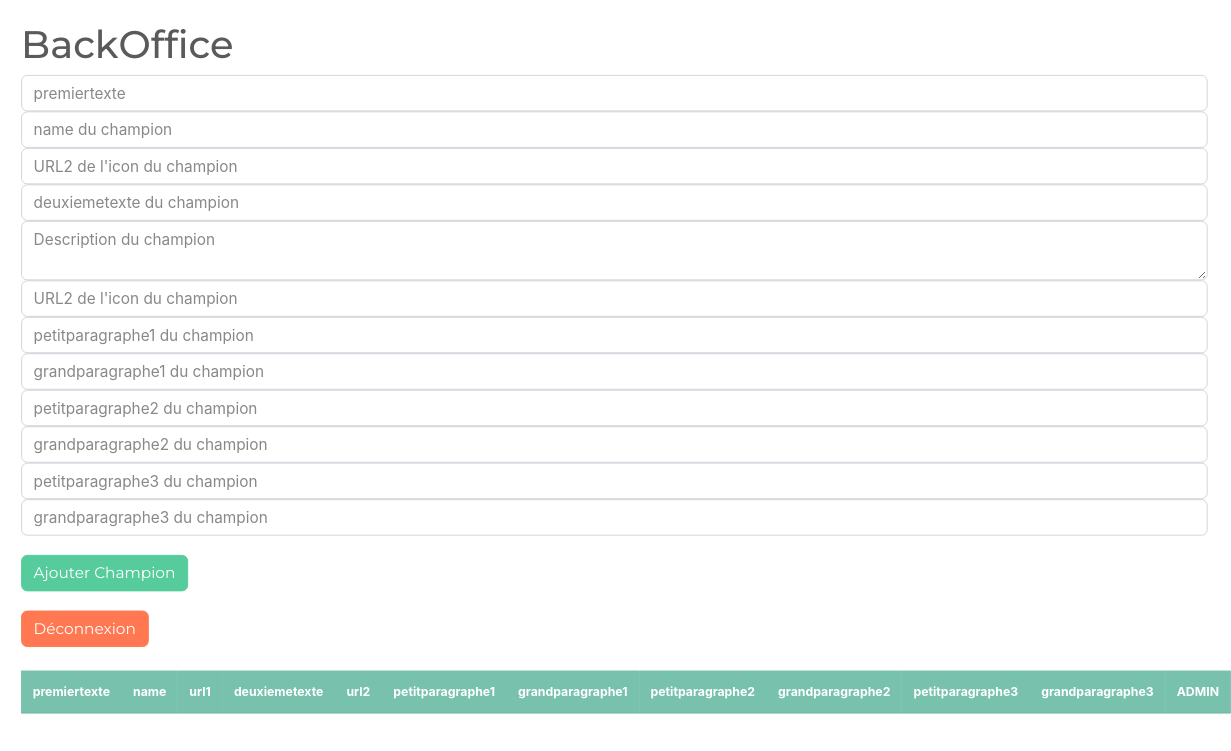
Repository: AdilGHAZAL/MosaiqueWebdoc
Page: /backoffice
These files come from the project's save history. The page is drawn as it stood at one moment and after the next save; the edit follows.
The browser window is 1280 px wide. The page is 1282 px wide, so the pictures cover 1282 px, including what lies to the right of the window. The pictures show the whole page, at 96% of full size.
The page's requests for data from a server got no answer. Some web fonts or font styles are not loaded; a fallback is used. Some web libraries are served in a nearby version. The project was rebuilt for these pictures with package versions that can differ from the ones it lists, and the page was loaded fresh each time. No one was signed in, and anything a server would have sent is missing. Also part of the build but not shown: vite.config.js, src/App.css, src/components/Navbar.css, src/components/Navbar.jsx, src/components/Athletes.css, src/components/Athletes.jsx, src/components/Athletes2.jsx, src/components/Athletes3.jsx and 18 more.

Above is the page before, as saved 2024-05-02 19:04:08.

### index.html
<!doctype html>
<html lang="en">
  <head>
    <meta charset="UTF-8" />
    <link rel="icon" type="image/svg+xml" href="./src/logos/logoMosaique.svg" />
    <meta name="viewport" content="width=device-width, initial-scale=1.0" />
    <title>Mosaique</title>
    <link rel="preconnect" href="https://fonts.googleapis.com">
<link rel="preconnect" href="https://fonts.gstatic.com" crossorigin>
<link href="https://fonts.googleapis.com/css2?family=Mina:wght@400;700&display=swap" rel="stylesheet">
<link rel="stylesheet" href="https://cdn.jsdelivr.net/npm/bootswatch@4.5.2/dist/minty/bootstrap.min.css">
  </head>
  <body>
    <div id="root"></div>
    <script type="module" src="/src/main.jsx"></script>
  </body>
</html>

### src/App.jsx
// App.jsx
import React from 'react';
import { BrowserRouter as Router, Routes, Route} from 'react-router-dom';
import './App.css'; // Import the CSS file
import HomePage from './components/HomePage';
import Athlete1 from './Athelete1/Athlete1'; // Import the NouvellePage component
import LoginScreen from './LoginScreen';
import MainView from './backoffice';
import TrainingPage from './TrainingPage';
const App = () => {
    return (
        <Router>

                <Routes>
                    <Route path="/" element={<HomePage/>} />
                    <Route path="/Athlete1" element={<Athlete1/>} />
                    <Route path="/login" element={<LoginScreen/>  }/>
                    <Route path='/backoffice'element={<MainView/>}/>
                </Routes>

        </Router>
    );
};

export default App;

### src/index.css
:root {
  --rose: #E9257F

}

### src/backoffice.jsx
import React, { useState, useEffect } from 'react';
import { getFirestore, collection, addDoc, getDocs, deleteDoc, doc, updateDoc } from "firebase/firestore";
import { getAuth, signOut } from "firebase/auth";
import "./firebaseConfig"

export default function MainView() {
  const [champions, setChampions] = useState([]);
  const [championData, setChampionData] = useState({
    premiertexte: '',
    name: '',
    url1: '',
    deuxiemetexte: '',
    url2: '',
    petitparagraphe1: '',
    grandparagraphe1: '',
    petitparagraphe2: '',
    grandparagraphe2: '',
    petitparagraphe3: '',
    grandparagraphe3: '',
  });
  const [editingChampionId, setEditingChampionId] = useState(null);
  const auth = getAuth();
  const firestore = getFirestore();

  useEffect(() => {
    const fetchChampions = async () => {
      const championsSnapshot = await getDocs(collection(firestore, "champions"));
      const championsData = championsSnapshot.docs.map(doc => ({ id: doc.id, ...doc.data() }));
      setChampions(championsData);
    };

    fetchChampions();
  }, [firestore]);

  const handleInputChange = (e) => {
    const { name, value } = e.target;
    setChampionData({ ...championData, [name]: value });
  };

  const handleAddChampion = async (e) => {
    e.preventDefault();
    try {
      await addDoc(collection(firestore, "champions"), championData);
      console.log("Champion ajouté avec succès");
      // Réinitialiser les données du champion après l'ajout réussi
      setChampionData({
        premiertexte: '',
    name: '',
    url1: '',
    deuxiemetexte: '',
    url2: '',
    petitparagraphe1: '',
    grandparagraphe1: '',
    petitparagraphe2: '',
    grandparagraphe2: '',
    petitparagraphe3: '',
    grandparagraphe3: '',
      });
    } catch (error) {
      console.error("Erreur lors de l'ajout du champion :", error);
    }
  };


  const handleEditChampion = (champion) => {
    setEditingChampionId(champion.id);
    setChampionData({
        premiertexte: champion.premiertexte,
    name: champion.name,
    url1: champion.url1,
    deuxiemetexte: champion.deuxiemetexte,
    url2: champion.url2,
    petitparagraphe1: champion.petitparagraphe1,
    grandparagraphe1: champion.grandparagraphe1,
    petitparagraphe2: champion.petitparagraphe2,
    grandparagraphe2: champion.grandparagraphe2,
    petitparagraphe3: champion.petitparagraphe3,
    grandparagraphe3: champion.grandparagraphe3,
    });
  };

  const handleUpdateChampion = async () => {
    try {
      await updateDoc(doc(firestore, "champions", editingChampionId), {
        premiertexte: championData.premiertexte,
    name: championData.name,
    url1: championData.url1,
    deuxiemetexte: championData.deuxiemetexte,
    url2: championData.url2,
    petitparagraphe1: championData.petitparagraphe1,
    grandparagraphe1: championData.grandparagraphe1,
    petitparagraphe2: championData.petitparagraphe2,
    grandparagraphe2: championData.grandparagraphe2,
    petitparagraphe3: championData.petitparagraphe3,
    grandparagraphe3: championData.grandparagraphe3,
      });
      console.log("Champion mis à jour avec succès");
      // Mettre à jour le tableau des champions après la mise à jour
      const updatedChampions = champions.map(champion => {
        if (champion.id === editingChampionId) {
          return {
            ...champion,
            premiertexte: championData.premiertexte,
    name: championData.name,
    url1: championData.url1,
    deuxiemetexte: championData.deuxiemetexte,
    url2: championData.url2,
    petitparagraphe1: championData.petitparagraphe1,
    grandparagraphe1: championData.grandparagraphe1,
    petitparagraphe2: championData.petitparagraphe2,
    grandparagraphe2: championData.grandparagraphe2,
    petitparagraphe3: championData.petitparagraphe3,
    grandparagraphe3: championData.grandparagraphe3,
          };
        }
        return champion;
      });
      setChampions(updatedChampions);
      // Réinitialiser les données du champion après la mise à jour réussie
      setChampionData({
        premiertexte: '',
    name: '',
    url1: '',
    deuxiemetexte: '',
    url2: '',
    petitparagraphe1: '',
    grandparagraphe1: '',
    petitparagraphe2: '',
    grandparagraphe2: '',
    petitparagraphe3: '',
    grandparagraphe3: '',
      });
      setEditingChampionId(null);
    } catch (error) {
      console.error("Erreur lors de la mise à jour du champion :", error);
    }
  };

  const handleDeleteChampion = async (id) => {
    try {
      await deleteDoc(doc(firestore, "champions", id));
      console.log("Champion supprimé avec succès");
      // Mettre à jour la liste des champions après la suppression
      setChampions(champions.filter(champion => champion.id !== id));
    } catch (error) {
      console.error("Erreur lors de la suppression du champion :", error);
    }
  };

  const handleSignOut = () => {
    signOut(auth)
      .then(() => {
        console.log("Déconnexion réussie");
        // Naviguer vers la pweight de connexion après la déconnexion
      })
      .catch((error) => {
        console.error("Erreur lors de la déconnexion :", error);
      });
  };

  return (
    <>
    <div style={{width:'100vw', padding:"22px"}}>
      <h1>BackOffice</h1>
      <form style={{marginBottom:"20px"}} onSubmit={editingChampionId ? handleUpdateChampion : handleAddChampion}>
        <input className='form-control' type="text" name="premiertexte" value={championData.premiertexte} onChange={handleInputChange} placeholder="premiertexte" required />
        <input className='form-control' type="text" name="name" value={championData.name} onChange={handleInputChange} placeholder="name du champion" required />
        <input className='form-control' type="url" name="url1" value={championData.url1} onChange={handleInputChange} placeholder="URL2 de l'icon du champion" required />
        <input className='form-control' type="text" name="deuxiemetexte" value={championData.deuxiemetexte} onChange={handleInputChange} placeholder="deuxiemetexte du champion" required />
        <textarea className='form-control' name="description" value={championData.description} onChange={handleInputChange} placeholder="Description du champion" required />
        <input className='form-control' type="url" name="url2" value={championData.url2} onChange={handleInputChange} placeholder="URL2 de l'icon du champion" />
        <input className='form-control' type="text" name="petitparagraphe1" value={championData.petitparagraphe1} onChange={handleInputChange} placeholder="petitparagraphe1 du champion" required />
        <input className='form-control' type="text" name="grandparagraphe1" value={championData.grandparagraphe1} onChange={handleInputChange} placeholder="grandparagraphe1 du champion" required />
        <input className='form-control' type="text" name="petitparagraphe2" value={championData.petitparagraphe2} onChange={handleInputChange} placeholder="petitparagraphe2 du champion" required />
        <input className='form-control' type="text" name="grandparagraphe2" value={championData.grandparagraphe2} onChange={handleInputChange} placeholder="grandparagraphe2 du champion" required />
        <input className='form-control' type="text" name="petitparagraphe3" value={championData.petitparagraphe3} onChange={handleInputChange} placeholder="petitparagraphe3 du champion" required />
        <input style={{marginBottom:"20px"}} className='form-control' type="text" name="grandparagraphe3" value={championData.grandparagraphe3} onChange={handleInputChange} placeholder="grandparagraphe3 du champion" required />
        <button className='btn btn-success' type="submit">{editingChampionId ? "Mettre à jour Champion" : "Ajouter Champion"}</button>
      </form>
      <button className='btn btn-danger' title='Déconnexion' onClick={handleSignOut}>Déconnexion</button>

      <table className='table table-hover mt-4' style={{fontSize:'0.8rem'}}>
        <thead>
          <tr className='table-primary'>
          <th scope='col'>premiertexte</th>
            <th scope='col'>name</th>
            <th scope='col'>url1</th>
            <th scope='col'>deuxiemetexte</th>
            <th scope='col'>url2</th>
            <th scope='col'>petitparagraphe1</th>
            <th scope='col'>grandparagraphe1</th>
            <th scope='col'>petitparagraphe2</th>
            <th scope='col'>grandparagraphe2</th>
            <th scope='col'>petitparagraphe3</th>
            <th scope='col'>grandparagraphe3</th>
            <th>ADMIN</th>
          </tr>
        </thead>
        <tbody>
          {champions.map((champion) => (
            <tr key={champion.id}>
              <td>{champion.premiertexte}</td>
              <td>{champion.name}</td>
              <td>{champion.url1}</td>
              <td>{champion.deuxiemetexte}</td>
              <td>{champion.url2}</td>
              <td>{champion.petitparagraphe1}</td>
              <td>{champion.grandparagraphe1}</td>
              <td>{champion.petitparagraphe2}</td>
              <td>{champion.grandparagraphe2}</td>
              <td>{champion.petitparagraphe3}</td>
              <td>{champion.grandparagraphe3}</td>
              <td>
                <button className='btn btn-danger' onClick={() => handleDeleteChampion(champion.id)}>Supprimer</button>
                <button className='btn btn-warning' onClick={() => handleEditChampion(champion)}>Modifier</button>
              </td>
            </tr>
          ))}
        </tbody>
      </table>
      </div>
    </>
  );
}

### src/components/HomePage.css
/* App.css */
body {
    margin: 0;
    background-color: #ffffff;
    color: #000000;
    display: flex;
    flex-direction: column;
    align-items: center;
    justify-content: center;
    min-height: 100vh;

  }

  .app-container {
      font-family: "SF Pro Display-Medium", Helvetica;
    width: 100vw;
    height: 100%;
    min-height: 100vh;
    /*  background-image: url('./assets/ub1.png');*/
    display: flex;
    flex-direction: column;
    margin: auto;
    background-color: #ffffff;
  }

  .main-title {
    font-family: 'SF Pro Display', sans-serif;
    font-size: 70px;
    font-weight: 500;
    line-height: 83.54px;
    text-align: center;
    margin-top: 100px;
  }

  .bold-text {
    font-weight: 700;
  }

  .content {
    padding: 20px;
    width: 100%;
    max-width: 1200px;
    margin: auto;

  }

  .UBimage {
    width: auto;
  }

  .bottom-text {
    font-size: 18px;
    text-align: center;
    margin-top: 30px;
  }
  .scroll-reveal > * {
    /* text-align: justify; */
    display: inline;
    color:hsl(0deg 22.14% 64.8% / 20%);
    font-size: 60px;
    font-weight: 500;
    background-clip: text;
    background-repeat: no-repeat;
    background-size: 0% 100%;
    background-image: linear-gradient( #E9257F, #ce1f71 );
    animation: scroll-reveal linear forwards;
    animation-timeline: view();
  }

  .scroll-text {

    text-align: justify;
  }
  @keyframes scroll-reveal {
    to {
      background-size: 100% 100%;
    }
  }
  .scroll-reveal p {
    /* font-family: SF Pro Display; */


  }

  .scrollPhotos {
    display: flex;
    justify-content: flex-start; /* Align photos to the maximum left */
    width: 100%;
    overflow-x: auto; /* Enable horizontal scrolling if photos exceed container width */
    padding: 20px 0; /* Optional padding */
  }

### src/firebaseConfig.jsx
// Import the functions you need from the SDKs you need
import { initializeApp } from "firebase/app";
import { getAuth } from "firebase/auth";
import { getFirestore } from "firebase/firestore";
// TODO: Add SDKs for Firebase products that you want to use
// https://firebase.google.com/docs/web/setup#available-libraries

// Your web app's Firebase configuration
const firebaseConfig = {
  apiKey: "AIzaSyAUMnE3uMe61y8NbS4tX2Nn4PoW8VoGS0U",
  authDomain: "webdoc-a4a03.firebaseapp.com",
  projectId: "webdoc-a4a03",
  storageBucket: "webdoc-a4a03.appspot.com",
  messagingSenderId: "931293814028",
  appId: "1:931293814028:web:5bc01cfec675ae5bf27d29"
};

// Initialize Firebase
export const FIREBASE_APP = initializeApp(firebaseConfig);
export const FIREBASE_AUTH=getAuth(FIREBASE_APP)
export const db=getFirestore(FIREBASE_APP)

Loaded but not shown: src/main.jsx (common file)

After the next save:
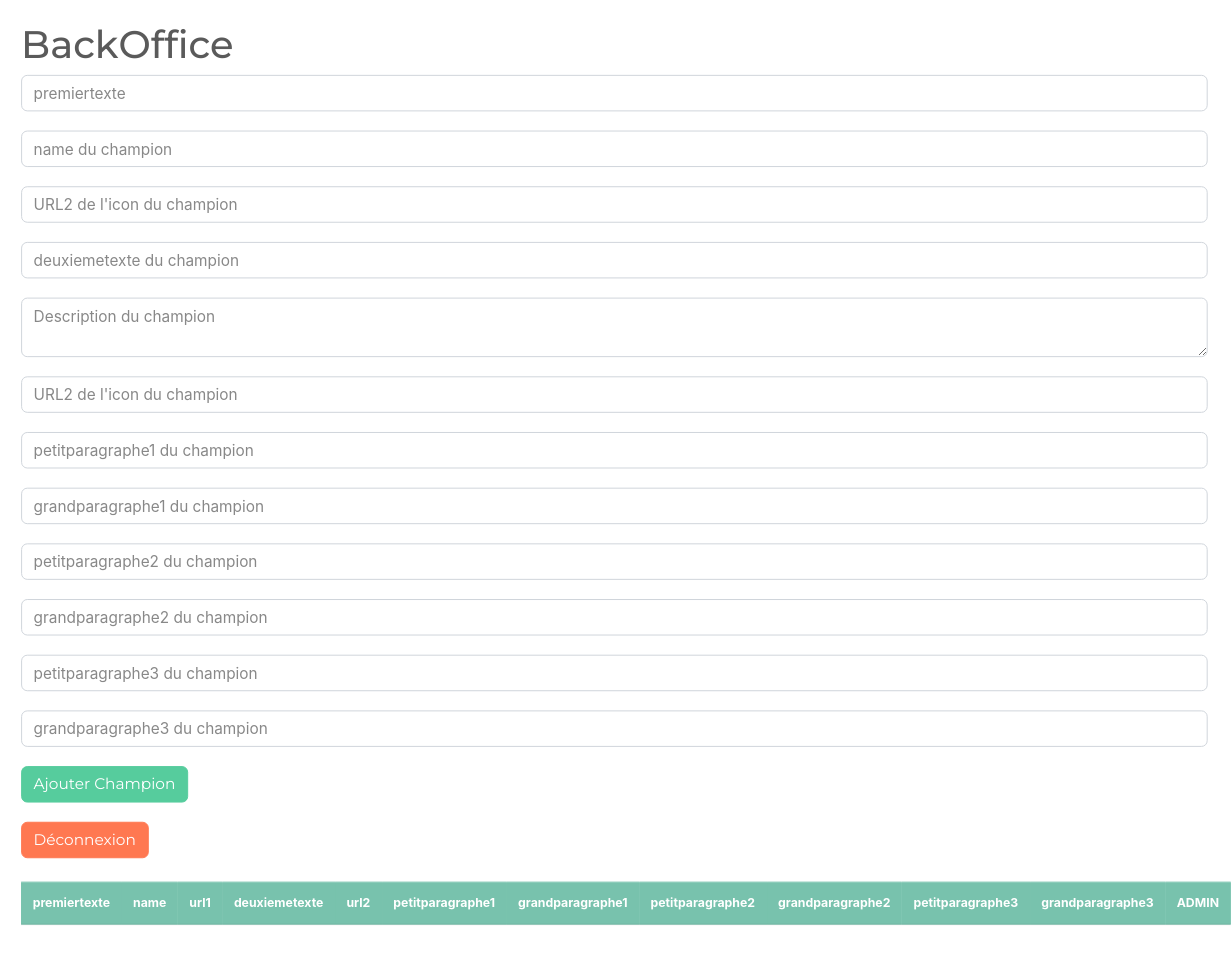
Saved 42 s later.
--- a/src/backoffice.jsx
+++ b/src/backoffice.jsx
@@ -163,17 +163,17 @@ export default function MainView() {
     <div style={{width:'100vw', padding:"22px"}}>
       <h1>BackOffice</h1>
       <form style={{marginBottom:"20px"}} onSubmit={editingChampionId ? handleUpdateChampion : handleAddChampion}>
-        <input className='form-control' type="text" name="premiertexte" value={championData.premiertexte} onChange={handleInputChange} placeholder="premiertexte" required />
-        <input className='form-control' type="text" name="name" value={championData.name} onChange={handleInputChange} placeholder="name du champion" required />
-        <input className='form-control' type="url" name="url1" value={championData.url1} onChange={handleInputChange} placeholder="URL2 de l'icon du champion" required />
-        <input className='form-control' type="text" name="deuxiemetexte" value={championData.deuxiemetexte} onChange={handleInputChange} placeholder="deuxiemetexte du champion" required />
-        <textarea className='form-control' name="description" value={championData.description} onChange={handleInputChange} placeholder="Description du champion" required />
-        <input className='form-control' type="url" name="url2" value={championData.url2} onChange={handleInputChange} placeholder="URL2 de l'icon du champion" />
-        <input className='form-control' type="text" name="petitparagraphe1" value={championData.petitparagraphe1} onChange={handleInputChange} placeholder="petitparagraphe1 du champion" required />
-        <input className='form-control' type="text" name="grandparagraphe1" value={championData.grandparagraphe1} onChange={handleInputChange} placeholder="grandparagraphe1 du champion" required />
-        <input className='form-control' type="text" name="petitparagraphe2" value={championData.petitparagraphe2} onChange={handleInputChange} placeholder="petitparagraphe2 du champion" required />
-        <input className='form-control' type="text" name="grandparagraphe2" value={championData.grandparagraphe2} onChange={handleInputChange} placeholder="grandparagraphe2 du champion" required />
-        <input className='form-control' type="text" name="petitparagraphe3" value={championData.petitparagraphe3} onChange={handleInputChange} placeholder="petitparagraphe3 du champion" required />
+        <input style={{marginBottom:"20px"}} className='form-control' type="text" name="premiertexte" value={championData.premiertexte} onChange={handleInputChange} placeholder="premiertexte" required />
+        <input style={{marginBottom:"20px"}} className='form-control' type="text" name="name" value={championData.name} onChange={handleInputChange} placeholder="name du champion" required />
+        <input style={{marginBottom:"20px"}} className='form-control' type="url" name="url1" value={championData.url1} onChange={handleInputChange} placeholder="URL2 de l'icon du champion" required />
+        <input style={{marginBottom:"20px"}} className='form-control' type="text" name="deuxiemetexte" value={championData.deuxiemetexte} onChange={handleInputChange} placeholder="deuxiemetexte du champion" required />
+        <textarea style={{marginBottom:"20px"}} className='form-control' name="description" value={championData.description} onChange={handleInputChange} placeholder="Description du champion" required />
+        <input style={{marginBottom:"20px"}} className='form-control' type="url" name="url2" value={championData.url2} onChange={handleInputChange} placeholder="URL2 de l'icon du champion" />
+        <input style={{marginBottom:"20px"}} className='form-control' type="text" name="petitparagraphe1" value={championData.petitparagraphe1} onChange={handleInputChange} placeholder="petitparagraphe1 du champion" required />
+        <input style={{marginBottom:"20px"}} className='form-control' type="text" name="grandparagraphe1" value={championData.grandparagraphe1} onChange={handleInputChange} placeholder="grandparagraphe1 du champion" required />
+        <input style={{marginBottom:"20px"}} className='form-control' type="text" name="petitparagraphe2" value={championData.petitparagraphe2} onChange={handleInputChange} placeholder="petitparagraphe2 du champion" required />
+        <input style={{marginBottom:"20px"}} className='form-control' type="text" name="grandparagraphe2" value={championData.grandparagraphe2} onChange={handleInputChange} placeholder="grandparagraphe2 du champion" required />
+        <input style={{marginBottom:"20px"}} className='form-control' type="text" name="petitparagraphe3" value={championData.petitparagraphe3} onChange={handleInputChange} placeholder="petitparagraphe3 du champion" required />
         <input style={{marginBottom:"20px"}} className='form-control' type="text" name="grandparagraphe3" value={championData.grandparagraphe3} onChange={handleInputChange} placeholder="grandparagraphe3 du champion" required />
         <button className='btn btn-success' type="submit">{editingChampionId ? "Mettre à jour Champion" : "Ajouter Champion"}</button>
       </form>
